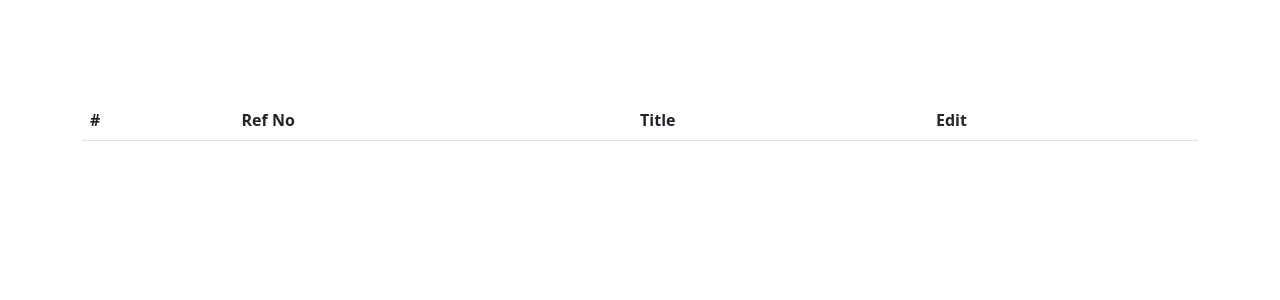
Repository: LCLY/location
Page: /
An editor plug-in stored every save of this project. The page is shown before and after the next save, followed by the edit.
The browser window is 1280 px wide. The pictures show the whole page.
The page's requests for data from a server got no answer. The project was rebuilt for these pictures with package versions that can differ from the ones it lists, and the page was loaded fresh each time. The framework's server and built-in components were replaced by stand-ins that run in the browser. No one was signed in, and anything a server would have sent is missing. Also part of the build but not shown: next.config.js, component/Modal.tsx.

Above is the page before, as saved 2022-09-12 18:05:12.

### pages/_app.js
import { useEffect } from "react";
import "../styles/globals.css";
import "bootstrap/dist/css/bootstrap.css";

function MyApp({ Component, pageProps }) {
	useEffect(() => {
		require("bootstrap/dist/js/bootstrap.bundle.min.js");
		import("bootstrap/dist/js/bootstrap");
	}, []);
	return <Component {...pageProps} />;
}

export default MyApp;

### pages/index.js
import { useEffect, useState } from "react";
import Head from "next/head";
import styles from "../styles/Home.module.scss";
import axios from "axios";
import Modal from "../component/Modal";
import { Container, Row, Col } from "react-bootstrap";

export default function Home() {
	const [workOrders, setWorkOrders] = useState(null);
	const [modalTarget, setModalTarget] = useState(null);
	const [selectedWorkOrder, setSelectedWorkOrder] = useState(null);

	const showModal = (ref_no) => {
		const { Modal } = require("bootstrap");
		const myModal = new Modal(ref_no);
		myModal.show();
	};

	useEffect(() => {
		axios
			.post("https://fmstest.dev2ezasia.com/api/token/", {
				username: "test123",
				password: "2ezasiatest",
			})
			.then((res) => {
				localStorage.setItem("accessToken", res.data.access);
				localStorage.setItem("refreshToken", res.data.refresh);

				axios
					.get("https://fmstest.dev2ezasia.com/api/v1/work_orders/", {
						headers: { Authorization: `Bearer ${res.data.access}` },
					})
					.then((res) => setWorkOrders(res.data.results))
					.catch((err) => console.log(err));
			})
			.catch((err) => console.log(err));
	}, []);

	return (
		<>
			<div className={styles.container}>
				<Head>
					<title>Create Next App</title>
					<meta name='description' content='Generated by create next app' />
					<link rel='icon' href='/favicon.ico' />
				</Head>
				<div className={styles.main__table}>
					<table className={`table`}>
						<thead>
							<tr>
								<th scope='col'>#</th>
								<th scope='col'>Ref No</th>
								<th scope='col'>Title</th>
								<th scope='col'>Edit</th>
							</tr>
						</thead>
						<tbody>
							{workOrders
								? workOrders.map((child, index) => (
										<tr key={index}>
											<th scope='row'>{index + 1}</th>
											<td>{child.ref_no}</td>
											<td>{child.title}</td>
											<td>
												<button
													type='button'
													className={`btn btn-primary ${styles["main__table-button"]}`}
													onClick={() => {
														showModal(child.ref_no);
														setModalTarget(child.ref_no);
														setSelectedWorkOrder(child);
													}}
												>
													Edit Status
												</button>
												<button type='button' className='btn btn-dark'>
													View Map
												</button>
											</td>
										</tr>
								  ))
								: null}
						</tbody>
					</table>
				</div>
			</div>{" "}
			{selectedWorkOrder && modalTarget && (
				<div
					className='modal fade'
					id={modalTarget}
					tabIndex={-1}
					aria-labelledby='exampleModalLabel'
					aria-hidden='true'
				>
					<div className='modal-dialog'>
						<div className='modal-content'>
							<div className='modal-header'>
								<h5 className='modal-title' id='exampleModalLabel'>
									Modal title
								</h5>
								<button
									type='button'
									className='btn-close'
									data-bs-dismiss='modal'
									aria-label='Close'
								></button>
							</div>
							<div className='modal-body'>...</div>
							<div className='modal-footer'>
								<button
									type='button'
									className='btn btn-secondary'
									data-bs-dismiss='modal'
								>
									Close
								</button>
								<button type='button' className='btn btn-primary'>
									Save changes
								</button>
							</div>
						</div>
					</div>
				</div>
			)}
		</>
	);
}

### styles/Home.module.scss
.container {
	padding: 0 2rem;
}

.main {
	min-height: 100vh;
	padding: 4rem 0;
	flex: 1;
	display: flex;
	flex-direction: column;
	justify-content: center;
	align-items: center;

	&__table {
		margin-top: 100px;
		padding: 0 50px !important;

		&-button {
			margin-right: 10px;
		}
	}
}

.footer {
	display: flex;
	flex: 1;
	padding: 2rem 0;
	border-top: 1px solid #eaeaea;
	justify-content: center;
	align-items: center;
}

.footer a {
	display: flex;
	justify-content: center;
	align-items: center;
	flex-grow: 1;
}

.title a {
	color: #0070f3;
	text-decoration: none;
}

.title a:hover,
.title a:focus,
.title a:active {
	text-decoration: underline;
}

.title {
	margin: 0;
	line-height: 1.15;
	font-size: 4rem;
}

.title,
.description {
	text-align: center;
}

.description {
	margin: 4rem 0;
	line-height: 1.5;
	font-size: 1.5rem;
}

.code {
	background: #fafafa;
	border-radius: 5px;
	padding: 0.75rem;
	font-size: 1.1rem;
	font-family: Menlo, Monaco, Lucida Console, Liberation Mono, DejaVu Sans Mono,
		Bitstream Vera Sans Mono, Courier New, monospace;
}

.grid {
	display: flex;
	align-items: center;
	justify-content: center;
	flex-wrap: wrap;
	max-width: 800px;
}

.card {
	margin: 1rem;
	padding: 1.5rem;
	text-align: left;
	color: inherit;
	text-decoration: none;
	border: 1px solid #eaeaea;
	border-radius: 10px;
	transition: color 0.15s ease, border-color 0.15s ease;
	max-width: 300px;
}

.card:hover,
.card:focus,
.card:active {
	color: #0070f3;
	border-color: #0070f3;
}

.card h2 {
	margin: 0 0 1rem 0;
	font-size: 1.5rem;
}

.card p {
	margin: 0;
	font-size: 1.25rem;
	line-height: 1.5;
}

.logo {
	height: 1em;
	margin-left: 0.5rem;
}

@media (max-width: 600px) {
	.grid {
		width: 100%;
		flex-direction: column;
	}
}

@media (prefers-color-scheme: dark) {
	.card,
	.footer {
		border-color: #222;
	}
	.code {
		background: #111;
	}
	.logo img {
		filter: invert(1);
	}
}

Loaded but not shown: styles/globals.css (common file); styles/Modal.module.scss (no stored copy; drawn as an empty file)

After the next save:
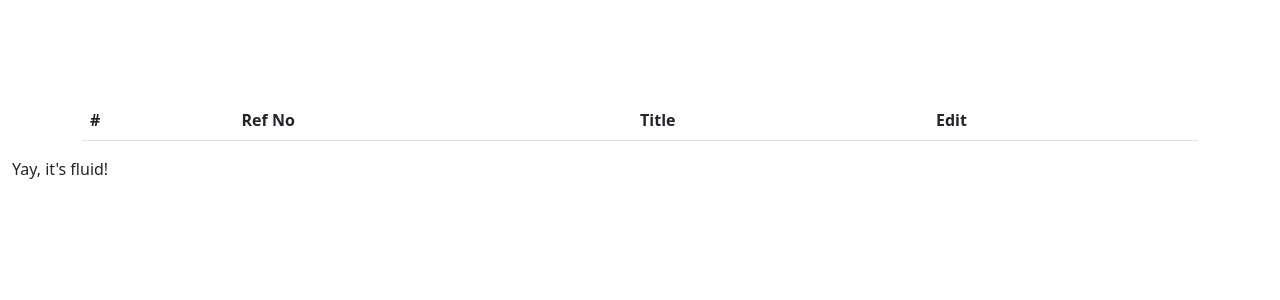
Saved 7 s later.
--- a/pages/index.js
+++ b/pages/index.js
@@ -84,6 +84,13 @@
 					</table>
 				</div>
 			</div>{" "}
+			<Container fluid>
+				<Row>
+					<Col>
+						<p>Yay, it's fluid!</p>
+					</Col>
+				</Row>
+			</Container>
 			{selectedWorkOrder && modalTarget && (
 				<div
 					className='modal fade'

After the save that followed:
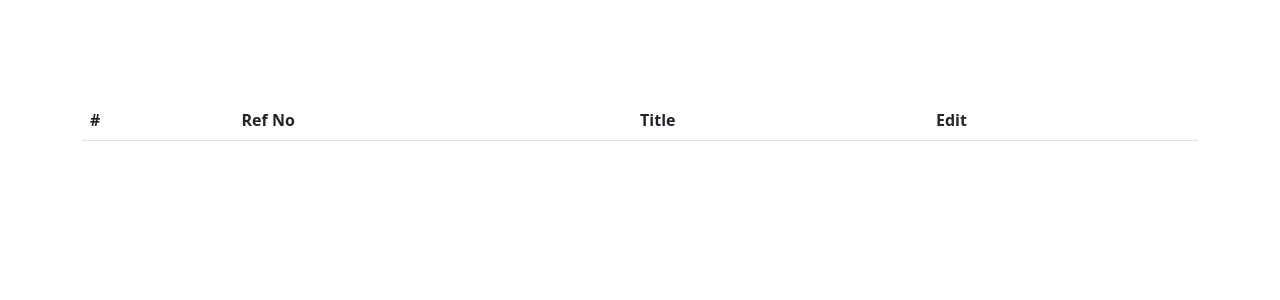
Saved 72 s later.
--- a/pages/index.js
+++ b/pages/index.js
@@ -10,11 +10,10 @@
 	const [modalTarget, setModalTarget] = useState(null);
 	const [selectedWorkOrder, setSelectedWorkOrder] = useState(null);
 
-	const showModal = (ref_no) => {
-		const { Modal } = require("bootstrap");
-		const myModal = new Modal(ref_no);
-		myModal.show();
-	};
+	const [show, setShow] = useState(false);
+
+	const handleClose = () => setShow(false);
+	const handleShow = () => setShow(true);
 
 	useEffect(() => {
 		axios
@@ -66,7 +65,7 @@
 													type='button'
 													className={`btn btn-primary ${styles["main__table-button"]}`}
 													onClick={() => {
-														showModal(child.ref_no);
+														handleShow;
 														setModalTarget(child.ref_no);
 														setSelectedWorkOrder(child);
 													}}
@@ -84,13 +83,6 @@
 					</table>
 				</div>
 			</div>{" "}
-			<Container fluid>
-				<Row>
-					<Col>
-						<p>Yay, it's fluid!</p>
-					</Col>
-				</Row>
-			</Container>
 			{selectedWorkOrder && modalTarget && (
 				<div
 					className='modal fade'
